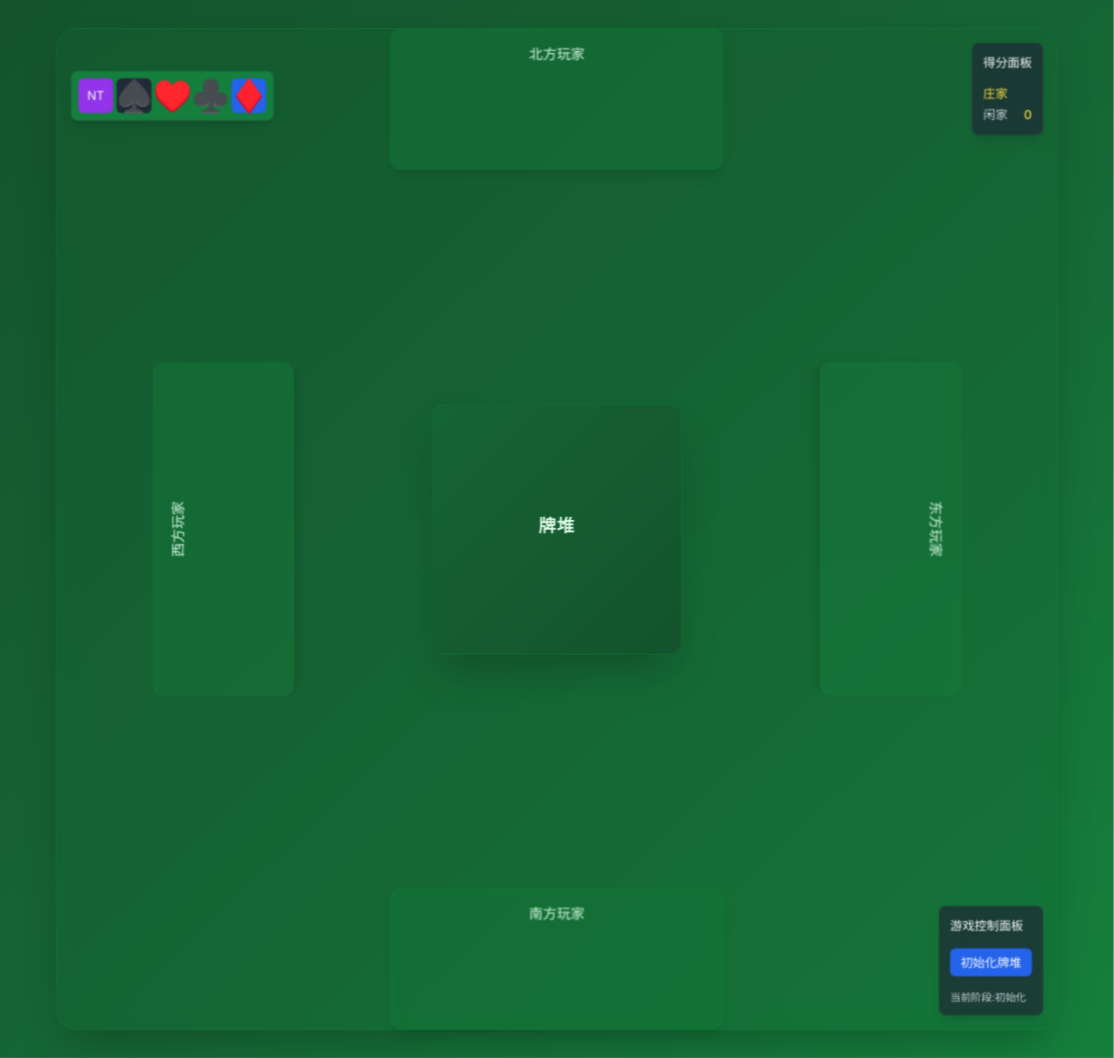
Repository: laofansay/Tractor80
Page: /
These files come from the project's save history. The page is drawn as it stood at one moment and after the next save; the edit follows.
The browser window is 1280 px wide. The pictures show the whole page, at 87% of full size.
The project was rebuilt for these pictures with package versions that can differ from the ones it lists, and the page was loaded fresh each time. The framework's server and built-in components were replaced by stand-ins that run in the browser. Also part of the build but not shown: next.config.js, app/components/Card.tsx.

Above is the page before, as saved 2025-03-09 00:26:36.

After the next save:
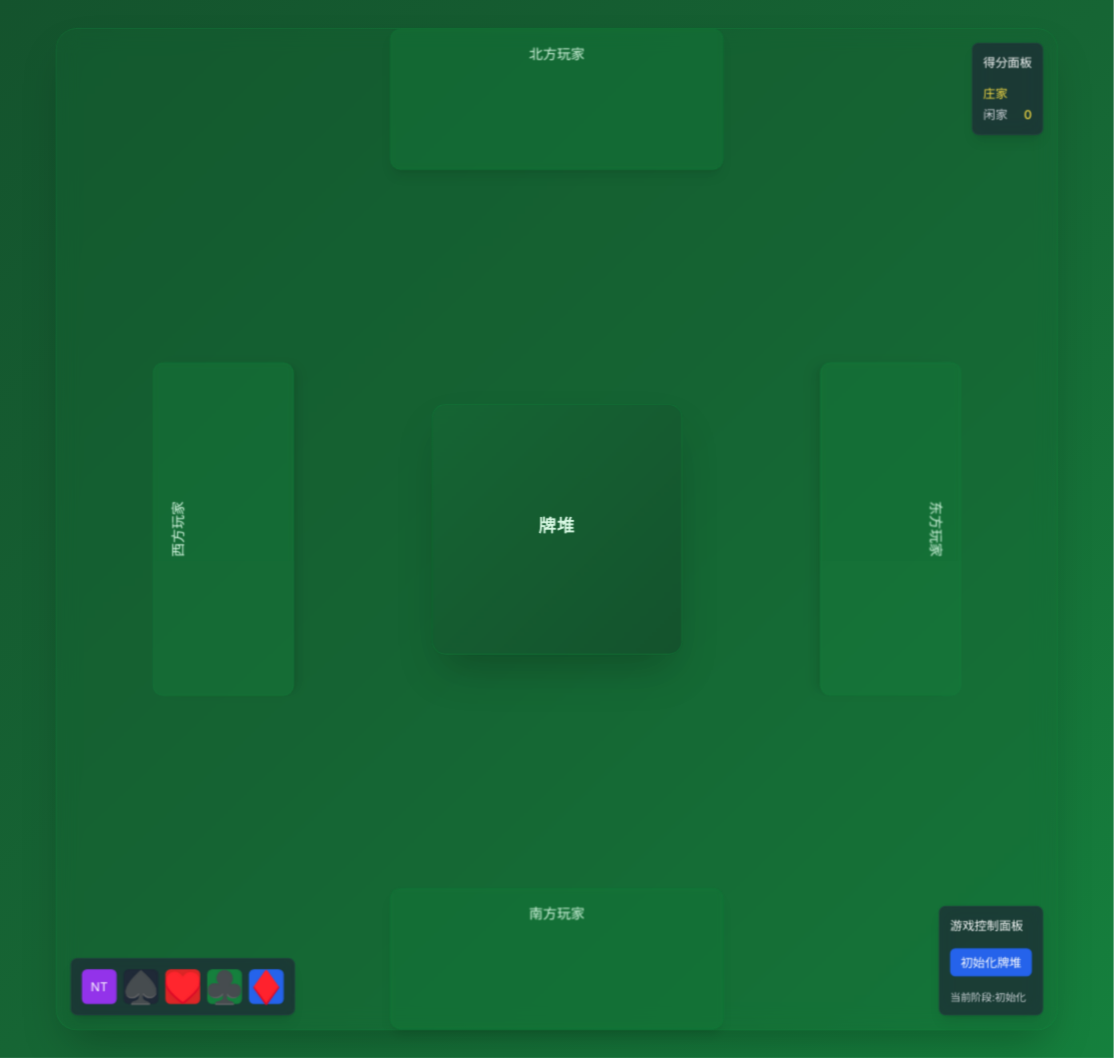
Saved 66 s later.
--- a/app/components/TrumpSelectionPanel.tsx
+++ b/app/components/TrumpSelectionPanel.tsx
@@ -14,8 +14,8 @@ export function TrumpSelectionPanel({ onSelectTrump, gamePhase }: TrumpSelection
   }
 
   return (
-    <div className="absolute bottom-30 left-4 p-2 bg-green-700 hover:bg-green-600 rounded-lg backdrop-blur-md border border-gray-700/50 shadow-lg">
-      <div className="flex flex-row gap-1">
+    <div className="absolute bottom-4 left-4 p-3 bg-gray-800/70 rounded-lg backdrop-blur-md border border-gray-700/50 shadow-lg">
+      <div className="flex flex-row gap-2">
         <button
           onClick={() => onSelectTrump(null)}
           className="w-10 h-10 bg-purple-600 hover:bg-purple-500 text-white rounded-md transition-colors text-sm flex items-center justify-center"
@@ -32,7 +32,7 @@ export function TrumpSelectionPanel({ onSelectTrump, gamePhase }: TrumpSelection
         </button>
         <button
           onClick={() => onSelectTrump('H')}
-          className="w-10 h-10 hover:bg-red-500 text-white rounded-md transition-colors text-4xl flex items-center justify-center"
+          className="w-10 h-10 bg-red-600 hover:bg-red-500 text-white rounded-md transition-colors text-4xl flex items-center justify-center"
           title="红桃"
         >
           ♥️
